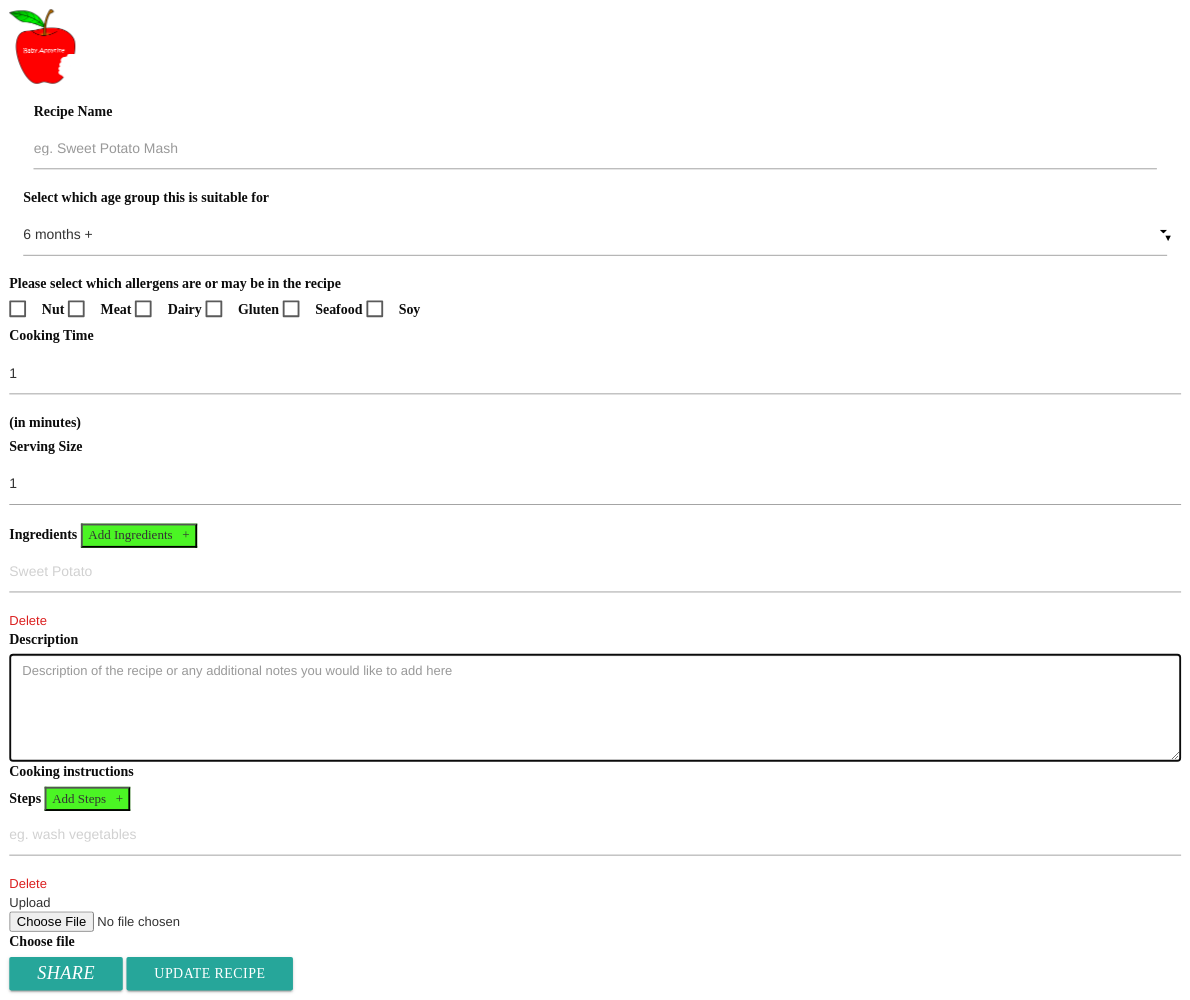
Repository: blueag8/babyappytite
Page: http://localhost/addrecipe
The author's editor kept a record of every edit. The page is drawn from the files as they stood at one moment, then again after the next edit.
The browser window is 1280 px wide. The pictures show the whole page, at 93% of full size.
Some web fonts or font styles are not loaded; a fallback is used. Some web libraries are served in a nearby version. The page is served by the project's application, run on Flask 3 (app.py). Queries for data that is not in the repository find no rows.

Above is the page before.

After the next edit:
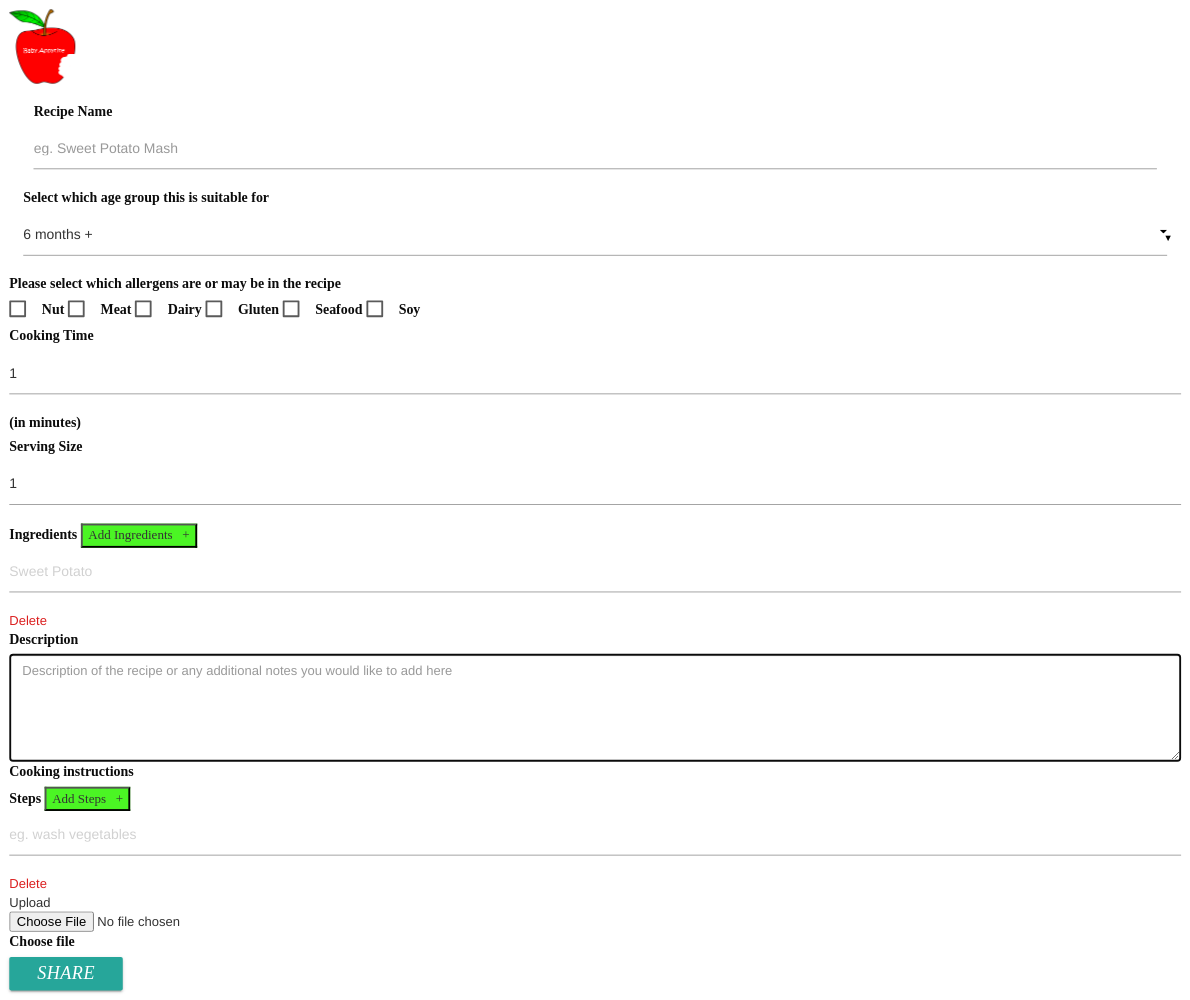
The edit:
--- a/templates/addrecipe.html
+++ b/templates/addrecipe.html
@@ -113,9 +113,6 @@
       <button class="btn btn-primary" data-toggle="modal" data-target="#exampleModalCenter" type="submit" name="action" value="submit">
           <i class="material-icons add_box">Share</i>
        </button>
-<button type="button" class="btn btn-primary" data-toggle="modal" data-target="#exampleModalCenter">
- Update Recipe
-</button>
 
 <!-- Modal -->
 <div class="modal fade" id="exampleModalCenter" tabindex="-1" role="dialog" aria-labelledby="exampleModalCenterTitle" aria-hidden="true">
